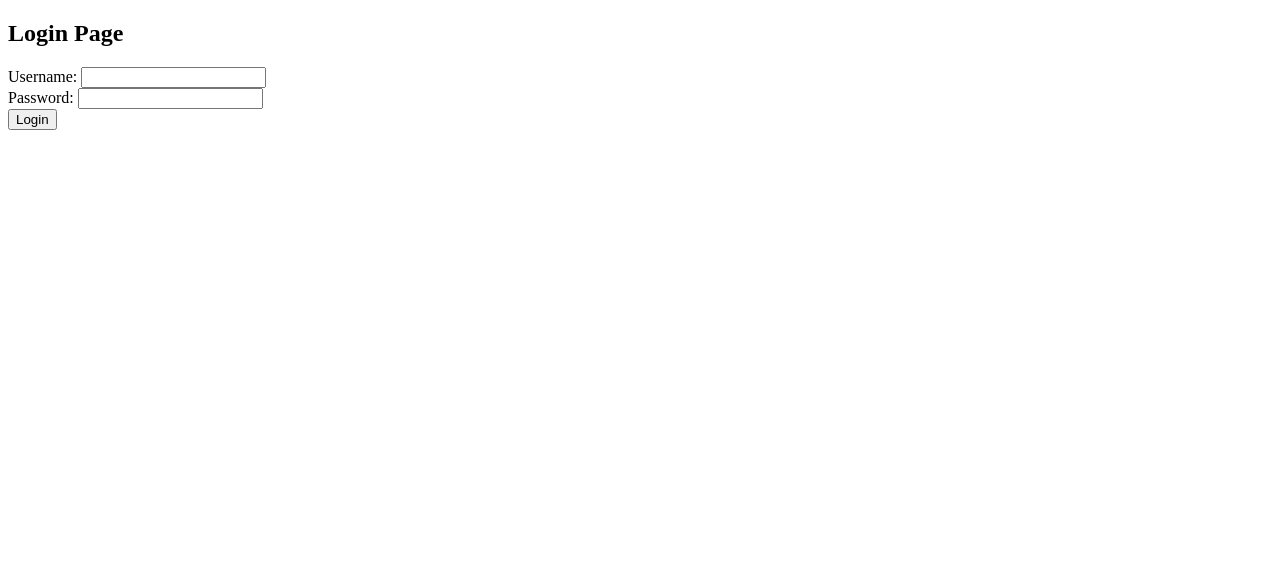
Repository: christianem30/LPII_CL3_ESPINOZAMINAYACHRISTIAN
Page: http://localhost/LPII_CL3_ESPINOZAMINAYACHRISTIAN/login.jsp
These files come from the project's save history. The page is drawn as it stood at one moment and after the next save; the edit follows.
The browser window is 1280 px wide. The pictures show the whole page.
The page is served by Tomcat 9.

Above is the page before, as saved 2024-07-03 05:44:15.

After the next save:
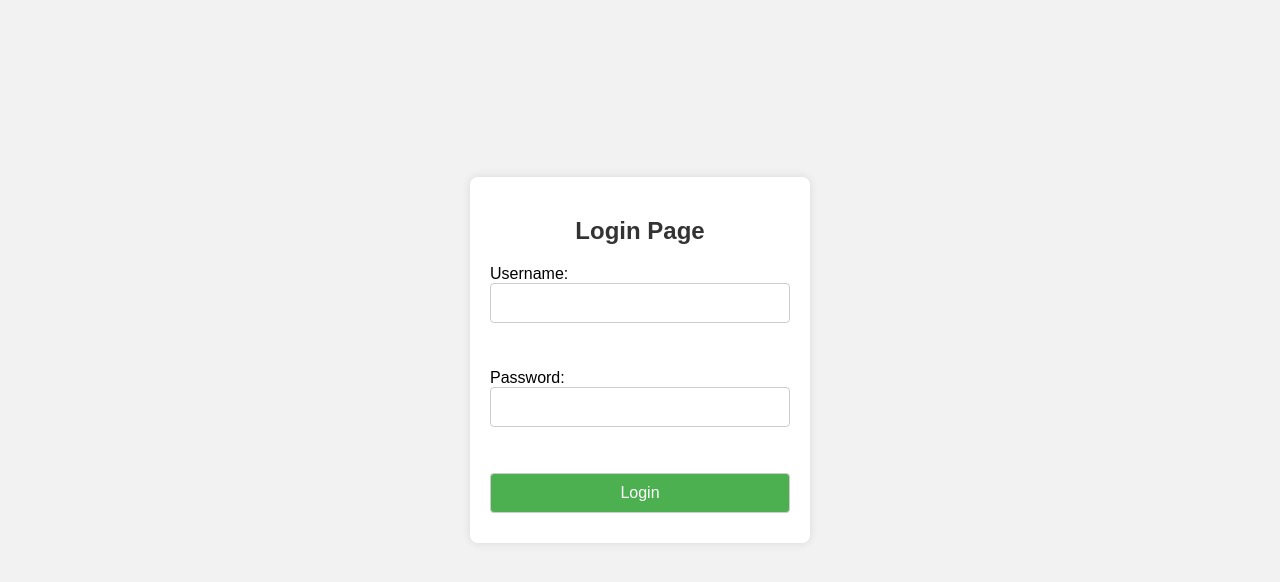
Saved 9 min 50 s later.
--- a/LPII_CL3_ESPINOZAMINAYACHRISTIAN/src/main/webapp/login.jsp
+++ b/LPII_CL3_ESPINOZAMINAYACHRISTIAN/src/main/webapp/login.jsp
@@ -1,18 +1,66 @@
-<%@ page language="java" contentType="text/html; charset=ISO-8859-1"
-    pageEncoding="ISO-8859-1"%>
-<!DOCTYPE html PUBLIC "-//W3C//DTD HTML 4.01 Transitional//EN" "http://www.w3.org/TR/html4/loose.dtd">
-<html>
+<%@ page language="java" contentType="text/html; charset=UTF-8" pageEncoding="UTF-8"%>
+<!DOCTYPE html>
+<html lang="en">
 <head>
-<meta http-equiv="Content-Type" content="text/html; charset=ISO-8859-1">
-<title>Insert title here</title>
+    <meta charset="UTF-8">
+    <meta name="viewport" content="width=device-width, initial-scale=1.0">
+    <title>Login Page</title>
+    <style>
+        body {
+            font-family: Arial, sans-serif;
+            background-color: #f2f2f2;
+            margin: 0;
+            padding: 0;
+            display: flex;
+            justify-content: center;
+            align-items: center;
+            height: 100vh;
+        }
+        .login-container {
+            background-color: #ffffff;
+            border-radius: 8px;
+            box-shadow: 0 0 10px rgba(0, 0, 0, 0.1);
+            padding: 20px;
+            width: 300px;
+        }
+        h2 {
+            text-align: center;
+            color: #333333;
+        }
+        form {
+            display: flex;
+            flex-direction: column;
+        }
+        input[type="text"],
+        input[type="password"],
+        input[type="submit"] {
+            margin-bottom: 10px;
+            padding: 10px;
+            border: 1px solid #cccccc;
+            border-radius: 4px;
+            font-size: 16px;
+            box-sizing: border-box;
+        }
+        input[type="submit"] {
+            background-color: #4CAF50;
+            color: white;
+            cursor: pointer;
+        }
+        input[type="submit"]:hover {
+            background-color: #45a049;
+        }
+    </style>
 </head>
 <body>
-   <h2>Login Page</h2>
-    <form action="ControladorLogin" method="post">
-        Username: <input type="text" name="username"><br>
-        Password: <input type="password" name="password"><br>
-        <input type="submit" value="Login">
-    </form>
-
+    <div class="login-container">
+        <h2>Login Page</h2>
+        <form action="ControladorLogin" method="post">
+            <label for="username">Username:</label>
+            <input type="text" id="username" name="username" required><br><br>
+            <label for="password">Password:</label>
+            <input type="password" id="password" name="password" required><br><br>
+            <input type="submit" value="Login">
+        </form>
+    </div>
 </body>
 </html>
